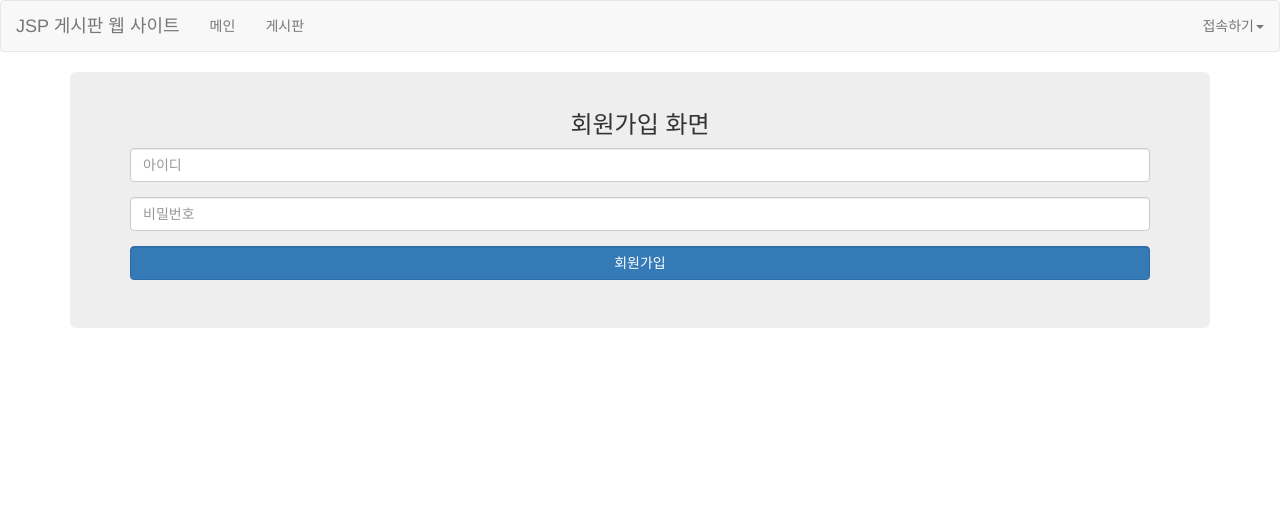
Repository: JoYuKang/Clone_Code
Page: http://localhost/BBS/join.jsp
The author's editor kept a copy of each file at every save. The page is drawn from the files as they stood at one save, then again after the next save.
The browser window is 1280 px wide. The pictures show the whole page.
Some web libraries are served in a nearby version. The page is served by Tomcat 9. Other server files are loaded and not shown.

Above is the page before, as saved 2021-01-16 17:01:39.

### 게시판/JSP/project/BBS/WebContent/join.jsp
<%@ page language="java" contentType="text/html; charset=UTF-8"
    pageEncoding="UTF-8"%>
<!DOCTYPE html>
<html>
<head>
<meta http-equiv="Cotent-type" content="text/html"; charset="UTF-8">
<meta name="viewport" content="width=device-width", initial-scale="1">
<link rel="stylesheet" href="css/bootstrap.css">
<title>JSP 웹 게시판</title>
</head>
<body>
	<nav class="navbar navbar-default">
		<div class="navbar-header">
			<button type="button" class="navbar-toggle collapsed"
			data-toggle="collapse"  data-target="#bs-example-navbar-collapse-1"
			aria-expanded="false">
			<span class="icon-bar"></span>
			<span class="icon-bar"></span>
			<span class="icon-bar"></span>
			</button>
			<a class="navbar-brand" href="main.jsp">JSP 게시판 웹 사이트</a>
		</div>
		<div class="collapse navbar-collapse" id="bs-example-navbar-collapse-1">
			<ul class="nav navbar-nav">
				<li><a href="main.jsp">메인</a></li>
				<li><a href="bbs.jsp">게시판</a></li>
			</ul>
			<ul class="nav navbar-nav navbar-right">
				<li class="dropdown">
					<a href="#" class="dropdown-toggle"
					data-toggle="dropdown" role="button" aria-haspopup="true"
					aria-expanded="false">접속하기<span class="caret"></span></a>
					<ul class="dropdown-menu">
						<li class="active"><a href="login.jsp">로그인</a></li>
						<li><a href="join.jsp">회원가입</a></li>
					</ul>
				</li>
			</ul>
		</div>
	</nav>
	<div class="container">
		<div class="col-lg-4"></div>
		<div class="jumbotron" style="padding-top:20px;">
			<form method="post" action="loginAction.jsp">
				<h3 style="text-align: center;">회원가입 화면</h3>
				<div class="form-group">
					<input type="text" class="form-control" placeholder="아이디" name ="userID" maxlength="20">
				</div>
				<div class="form-group">
					<input type="password" class="form-control" placeholder="비밀번호" name ="userPassword " maxlength="20">
				</div>
				<input type="submit" class="btn btn-primary form-control" value="회원가입">
			</form>
		</div>
		<div class="col-lg-4"></div>
	</div>
	<script src="http://code.jquery.com/jquery-3.1.1.min.js"></script>
	<script src="js/bootstrap.js"></script>
</body>
</html>

Loaded but not shown: 게시판/JSP/project/BBS/WebContent/css/bootstrap.css (library); 게시판/JSP/project/BBS/WebContent/js/bootstrap.js (library)

After the next save:
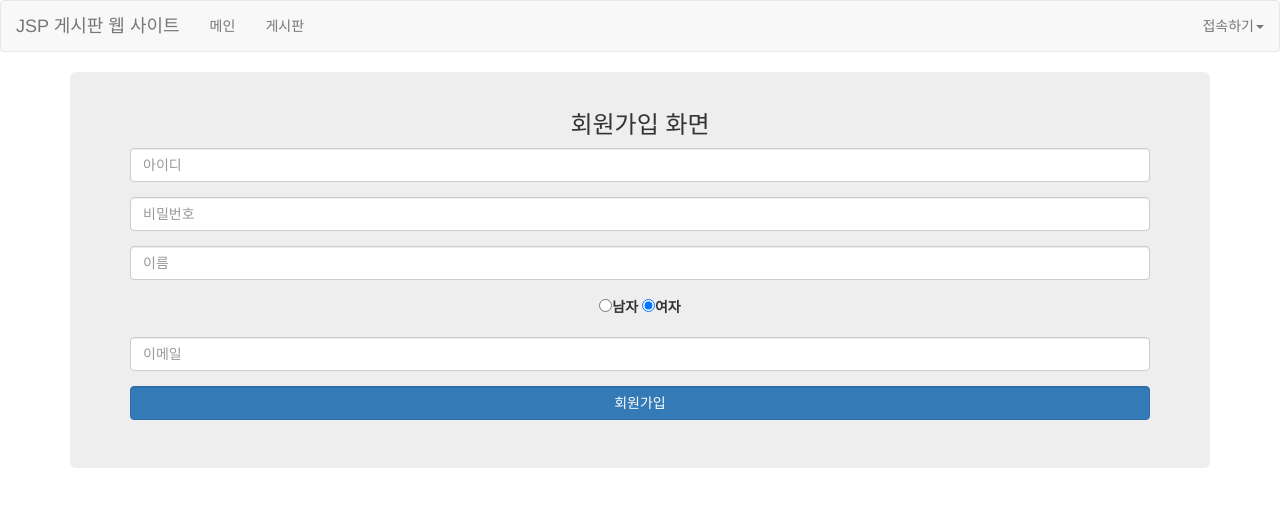
Saved 6 min 21 s later.
--- a/게시판/JSP/project/BBS/WebContent/join.jsp
+++ b/게시판/JSP/project/BBS/WebContent/join.jsp
@@ -47,7 +47,23 @@
 					<input type="text" class="form-control" placeholder="아이디" name ="userID" maxlength="20">
 				</div>
 				<div class="form-group">
-					<input type="password" class="form-control" placeholder="비밀번호" name ="userPassword " maxlength="20">
+					<input type="password" class="form-control" placeholder="비밀번호" name ="userPassword" maxlength="20">
+				</div>
+				<div class="form-group">
+					<input type="text" class="form-control" placeholder="이름" name ="userName" maxlength="20">
+				</div>
+				<div class="form-group" style="text-align: center;">
+					<div class="btn-group" data-toggle="buttons">
+						<label>
+							<input type="radio" name ="userGender" autocomplete="off" value="남자" checked>남자
+						</label>
+						<label>
+							<input type="radio" name ="userGender" autocomplete="off" value="여자" checked>여자
+						</label>
+					</div>
+				</div>
+				<div class="form-group">
+					<input type="email" class="form-control" placeholder="이메일" name ="userEmail" maxlength="50">
 				</div>
 				<input type="submit" class="btn btn-primary form-control" value="회원가입">
 			</form>
